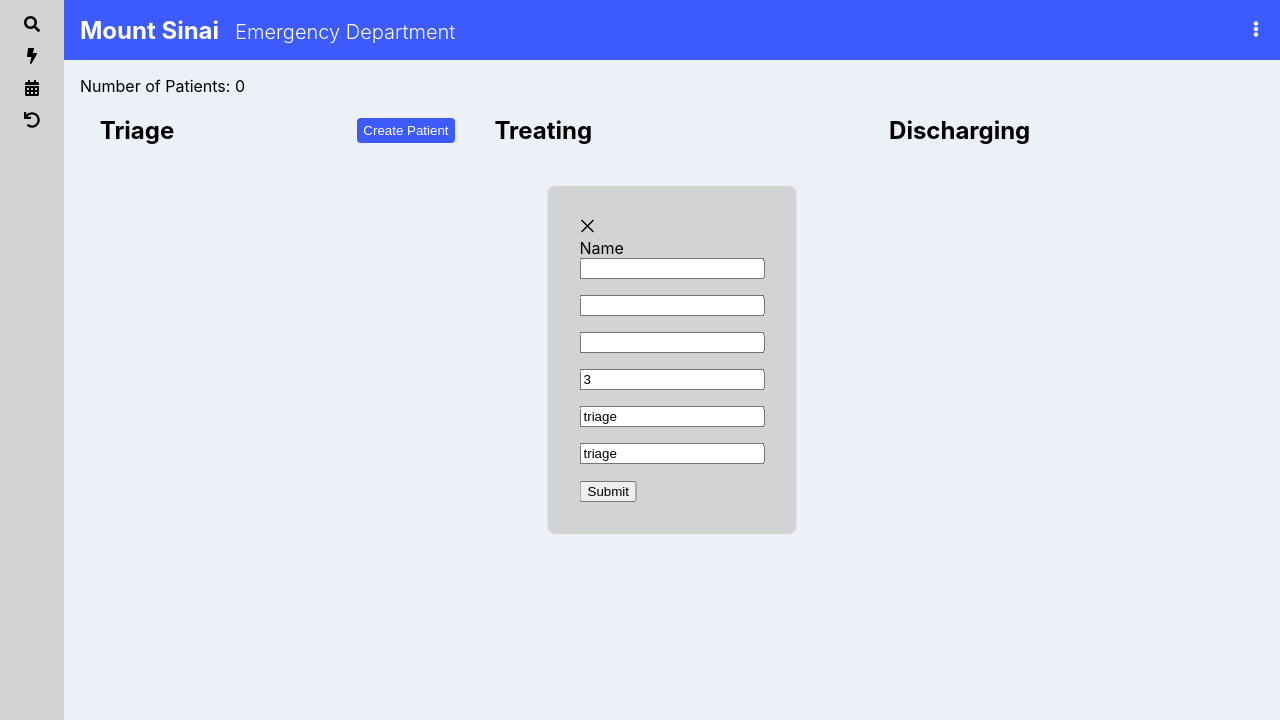
Repository: kosenijr/triage-app
Page: /, after clicking the first element matching `button.App_61351_triage-header-button`
An editor plug-in stored every save of this project. The page is shown before and after a run of saves, followed by the edit.
The browser window is 1280 px wide. The pictures show the whole page.
The page's requests for data from a server got no answer. The project was rebuilt for these pictures with package versions that can differ from the ones it lists, and the page was loaded fresh each time. No one was signed in, and anything a server would have sent is missing. Also part of the build but not shown: src/styles/PatientCard.module.css, src/components/PatientCard.js.

Above is the page before, as saved 2022-11-16 20:07:00.

### src/App.js
import React, { useEffect, useState } from 'react';
import { FaEllipsisV, FaSearch, FaBolt, FaCalendarAlt, FaUndo } from "react-icons/fa";
import styles from '../src/styles/App.module.css'
import '../src/styles/Global.module.css'
import { ROUTES } from '../src/constants'
import PatientCard from './components/PatientCard'
import Modal from './components/Modal'

const log = console.log;

function App() {

  const [patientRecords, setPatientRecords] = useState([]);
  const [numOfPatients, setNumOfPatients] = useState(0);
  const [isModalOpen, setIsModalOpen] = useState(false);



  useEffect(() => {
    fetch(ROUTES['GET_ALL_PATIENTS'])
      .then(res => res.json())
      .then(res => setPatientRecords(res))
  }, []);

  useEffect(() => {
    setNumOfPatients(patientRecords.length);
  }, [patientRecords]);

  const onRoomAssignment = (patient, room) => {
    // const oldPatientRecord = patient;
    const newPatientRecord = {
      id: patient.id,
      name: patient.name,
      dob: patient.dob,
      complaint: patient.complaint,
      priority: patient.priority,
      room: patient.room,
      stage: 'treating'
    }


    setPatientRecords(patientRecords.map((record) => {
      if (record.id === patient.id) {
        record.room = room;
        record.stage = 'treating';
      }
      return record;
    }));

    const requestOptions = {
      method: 'PUT',
      body: JSON.stringify(newPatientRecord),
    };

    fetch(ROUTES['GET_EACH_PATIENT'], requestOptions)
      .then(result => result.json())
      .catch(error => console.log('error', error));
  }

  const onCreatePatient = (patient) => {
    const requestOptions = {
      method: 'POST',
      body: JSON.stringify(patient),
    };

    fetch(ROUTES['GET_EACH_PATIENT'], requestOptions)
      .then(result => result.json())
      .then(patient => console.log(patient))
      .then(patient => setPatientRecords([...patientRecords, patient]))
      .catch(error => console.log('error', error));
  }


  const onStartDischarge = (patient) => {
    const newPatientRecord = {
      id: patient.id,
      name: patient.name,
      dob: patient.dob,
      complaint: patient.complaint,
      priority: patient.priority,
      room: 'discharging-room',
      stage: 'discharging'
    }


    setPatientRecords(patientRecords.map((record) => {
      if (record.id === patient.id) {
        record.room = 'discharging-room';
        record.stage = 'discharging';
      }
      return record;
    }));

    const requestOptions = {
      method: 'PUT',
      body: JSON.stringify(newPatientRecord),
    };

    fetch(ROUTES['GET_EACH_PATIENT'], requestOptions)
      .then(result => result.json())
      .then(result => console.log(result))
      .catch(error => console.log('error', error));


  }

  const onCompleteDischarge = (patient) => {
    setPatientRecords(patientRecords.filter((record) => record.id !== patient.id));

    const requestOptions = {
      method: 'DELETE',
    };

    fetch(`${ROUTES['GET_EACH_PATIENT']}/${patient.id}`, requestOptions)
      .then(result => result.json())
      .then(result => console.log(result))
      .catch(error => console.log('error', error));

  }
  return (
    <div className={styles['App']}>
      <div className={styles['left-nav']}>
        <FaSearch className='mb-4 mt-4' />
        <FaBolt className='mb-4' />
        <FaCalendarAlt className='mb-4' />
        <FaUndo className='mb-4' />
      </div>
      <div className={styles['right-content']}>
        {isModalOpen && <Modal onCreatePatient={onCreatePatient} setIsModalOpen={setIsModalOpen} />}
        <header className={styles['header']}>
          <div>
            <span className={styles['title']}>Mount Sinai</span>
            <span className={styles['sub-title']}>Emergency Department</span>
          </div>
          <div>
            <FaEllipsisV />

          </div>
        </header>
        <div className={styles['patient-content']}>
          <div><span>Number of Patients: </span><span>{numOfPatients}</span></div>

          <div className={styles['processing']}>
            <div className={styles['process-columns']}>
              <div className={styles['triage-header']}>
                <h2>Triage</h2>
                <button className={styles['triage-header-button']} onClick={() => setIsModalOpen(!isModalOpen)}>Create Patient</button>
              </div>
              {patientRecords.map((patient, index) => {
                // log(patient)
                if (patient?.stage === 'triage') {
                  return (
                    <PatientCard key={index} patient={patient} updateRoomAssignment={onRoomAssignment} />
                  )
                }

              })}
            </div>
            <div className={styles['process-columns']}>
              <h2>Treating</h2>
              {patientRecords.map((patient, index) => {
                // log(patient.name, patient.stage);
                if (patient?.stage === 'treating') {
                  return (
                    <PatientCard key={index} patient={patient} updateRoomAssignment={onRoomAssignment} onStartDischarge={onStartDischarge} />
                  )
                }

              })}

            </div>
            <div className={styles['process-columns']}>
              <h2>Discharging</h2>
              {patientRecords.map((patient, index) => {

                if (patient?.stage === 'discharging') {
                  return (
                    <PatientCard key={index} patient={patient} updateRoomAssignment={onRoomAssignment} onCompleteDischarge={onCompleteDischarge} />
                  )
                }

              })}
            </div>
          </div>
        </div>
      </div>
    </div>
  );
}

export default App;

// styles is a regular object

### src/styles/App.module.css
.App {
  height: 100vh;
  width: 100vw;
  display: relative;
  overflow-y: hidden;
}

.left-nav {
  display: none;
}

.right-content {
  position: relative;
}

.patient-content {
  background-color: #ecf1f7;
  height: content-box;
  overflow-y: scroll;
  position: absolute;
  top: 60px;
  right: 0;
  left: 0;
  bottom: 0;
  padding: 1rem 1rem 4rem 1rem;
}

.header {
  display: flex;
  justify-content: space-between;
  align-items: center;
  /* height: 100px; */
  background-color: #3d5afc;
  color: white;
  padding: 1rem;
}

.triage-header {
  display: flex;
  align-items: center;
  justify-content: space-between;
}

.triage-header-button {
  background-color: #3d5afc;
  color: white;
  border: none;
  border-radius: 4px;
  padding: 0.3rem 0.4rem;
  cursor: pointer;
}

.title {
  font-size: 24px;
  font-weight: 700;
}

.sub-title {
  display: block;
  font-size: 20px;
  font-weight: 300;
}

.patient-card {
  max-width: 400px;
}

@media screen and (min-width: 700px) {
  .sub-title {
    display: initial;
    padding-left: 1rem;
  }
}

@media screen and (min-width: 768px) {
  .processing {
    display: flex;
    justify-content: space-around;
  }

  .process-columns {
    width: 30%;
  }
}

@media screen and (min-width: 800px) {
  .App {
    display: flex;
  }

  .left-nav {
    background-color: lightgray;
    display: flex;
    flex-direction: column;
    width: 5%;
    align-items: center;
  }

  .right-content {
    width: 95%;
  }
}

### src/styles/Global.module.css
:global(.mb-4) {
  margin-bottom: 1rem;
}

:global(.mt-4) {
  margin-top: 1rem;
}

:global(.font-bold) {
  font-weight: 700;
}

### src/constants.js
const BASE_URL = 'https://cw4ccp3r5d.execute-api.us-east-2.amazonaws.com';
const ENV = '/Prod';
export const ROUTES = {
    GET_ALL_PATIENTS: `${BASE_URL}${ENV}/patients`,

}

### src/components/Modal.js
import React, { useState } from 'react'
import styles from '../styles/Modal.module.css'
import { GrClose } from "react-icons/gr";



export default function Modal({ onCreatePatient, setIsModalOpen }) {
    const [name, setName] = useState('');
    const [dob, setDOB] = useState('');
    const [complaint, setComplaint] = useState('');
    const [priority, setPriority] = useState(3);
    const [room, setRoom] = useState('triage');
    const [stage, setStage] = useState('triage');


    const onSubmit = (e) => {
        e.preventDefault();
        const patient = {
            name,
            dob,
            complaint,
            priority,
            room,
            stage
        }
        onCreatePatient(patient);
    }

    return (
        <div className={styles['modal']}>
            < GrClose className={styles['cancel-modal']} onClick={() => setIsModalOpen(false)} />
            <form action="">
                <div className={styles['input-group']}>
                    <label htmlFor="name">Name</label>
                    <input type="text" value={name} id="name" onChange={(e) => setName(e.target.value)} />
                </div>


                <input type="text" value={dob} onChange={(e) => setDOB(e.target.value)} />

                <input type="text" value={complaint} onChange={(e) => setComplaint(e.target.value)} />

                <input type="text" value={priority} onChange={(e) => setPriority(e.target.value)} />

                <input type="text" value={room} onChange={(e) => setRoom(e.target.value)} />

                <input type="text" value={stage} onChange={(e) => setStage(e.target.value)} />
                <button onClick={(e) => onSubmit(e)}>Submit</button>
            </form>
        </div>

    )
}

### src/styles/Modal.module.css
.modal {
  position: absolute;
  top: 50%;
  left: 50%;
  transform: translate(-50%, -50%);

  background-color: lightgray;
  padding: 2rem;
  border-radius: 0.5rem;
  z-index: 1;
}

.modal form input {
  display: block;
  margin-bottom: 1rem;
}

.cancel-modal {
  cursor: pointer;
}

Loaded but not shown: public/index.html (common file); src/index.js (common file); src/index.css (common file); src/reportWebVitals.js (common file)

After the next 2 saves:
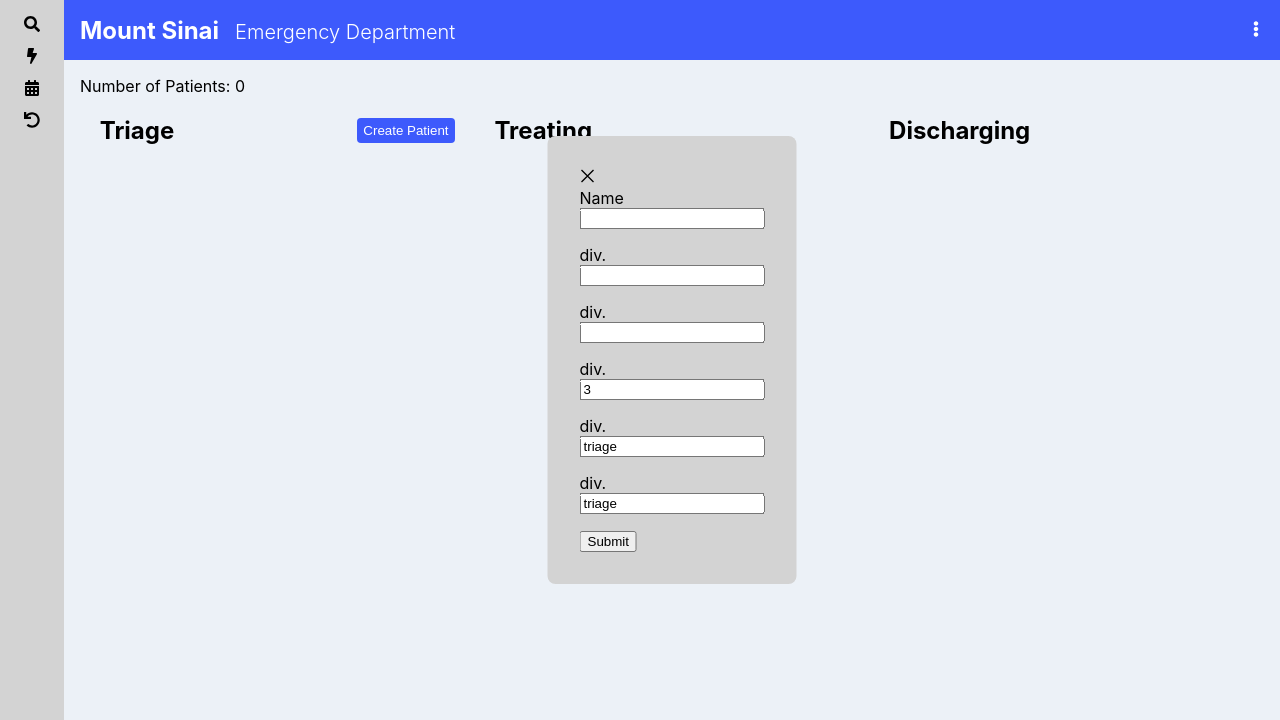
The 2 saves are shown as one change because they came seconds apart.
The last was saved 5 s later.
--- a/src/components/Modal.js
+++ b/src/components/Modal.js
@@ -35,15 +35,15 @@ export default function Modal({ onCreatePatient, setIsModalOpen }) {
                     <input type="text" value={name} id="name" onChange={(e) => setName(e.target.value)} />
                 </div>
 
-
+                div.
                 <input type="text" value={dob} onChange={(e) => setDOB(e.target.value)} />
-
+                div.
                 <input type="text" value={complaint} onChange={(e) => setComplaint(e.target.value)} />
-
+                div.
                 <input type="text" value={priority} onChange={(e) => setPriority(e.target.value)} />
-
+                div.
                 <input type="text" value={room} onChange={(e) => setRoom(e.target.value)} />
-
+                div.
                 <input type="text" value={stage} onChange={(e) => setStage(e.target.value)} />
                 <button onClick={(e) => onSubmit(e)}>Submit</button>
             </form>
